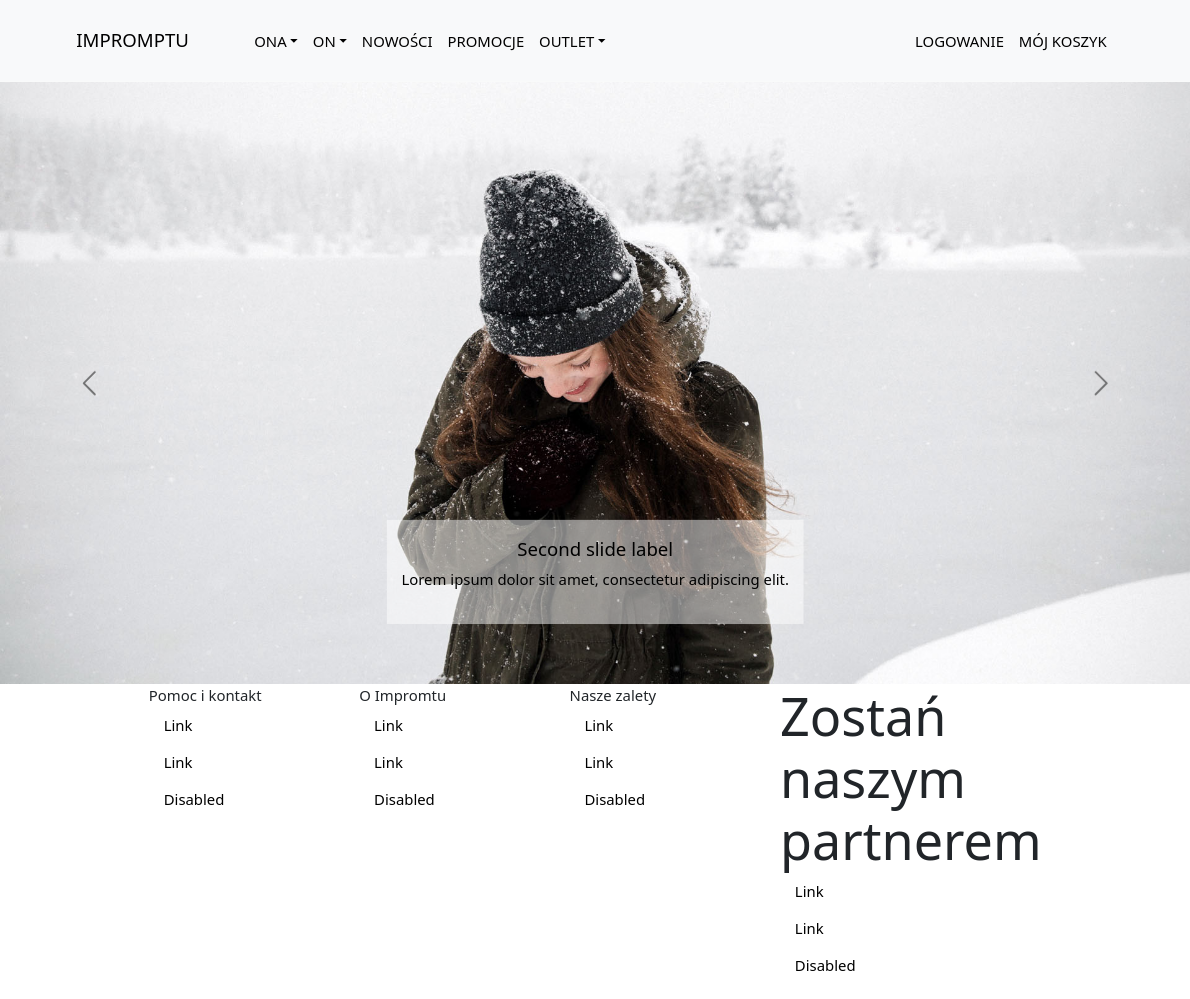
Repository: michalgornicki/Impromptu
Page: /
An editor plug-in stored every save of this project. The page is shown before and after the next save, followed by the edit.
The browser window is 1280 px wide. The pictures show the whole page, at 93% of full size.
The project was rebuilt for these pictures with package versions that can differ from the ones it lists, and the page was loaded fresh each time.

Above is the page before, as saved 2021-12-23 13:37:41.

### src/App.jsx
import React from "react";
import "./App.css";
import "bootstrap/dist/css/bootstrap.min.css";
import Container from "react-bootstrap/Container";
import Navbar from "react-bootstrap/Navbar";
import Nav from "react-bootstrap/Nav";
import NavDropdown from "react-bootstrap/NavDropdown";
import Carousel from "react-bootstrap/Carousel";
import Row from "react-bootstrap/Row";
import Col from "react-bootstrap/Col";
import photo1 from "./1.jpg";
import photo2 from "./2.jpg";
import photo3 from "./3.jpg";
import photo4 from "./4.jpg";
import photo5 from "./5.jpg";

function App() {
  return (
    <p>
      <Navbar
        collapseOnSelect
        expand="lg"
        bg="light"
        variant="light"
        className="py-4 display-7 text-dark"
      >
        <Container>
          <Navbar.Brand href="#home" className="w-15">IMPROMPTU</Navbar.Brand>
          <Navbar.Toggle aria-controls="responsive-navbar-nav" />
          <Navbar.Collapse id="responsive-navbar-nav">
            <Nav className="me-auto">
              <NavDropdown title="ONA" id="collasible-nav-dropdown">
                <NavDropdown.Item href="#action/3.1">Action</NavDropdown.Item>
                <NavDropdown.Item href="#action/3.2">
                  Another action
                </NavDropdown.Item>
                <NavDropdown.Item href="#action/3.3">
                  Something
                </NavDropdown.Item>
                <NavDropdown.Divider />
                <NavDropdown.Item href="#action/3.4">
                  Separated link
                </NavDropdown.Item>
              </NavDropdown>
              <NavDropdown title="ON" id="collasible-nav-dropdown">
                <NavDropdown.Item href="#action/3.1">Action</NavDropdown.Item>
                <NavDropdown.Item href="#action/3.2">
                  Another action
                </NavDropdown.Item>
                <NavDropdown.Item href="#action/3.3">
                  Something
                </NavDropdown.Item>
                <NavDropdown.Divider />
                <NavDropdown.Item href="#action/3.4">
                  Separated link
                </NavDropdown.Item>
              </NavDropdown>
              <Nav.Link href="#pricing">NOWOŚCI</Nav.Link>
              <Nav.Link href="#pricing">PROMOCJE</Nav.Link>
              <NavDropdown title="OUTLET" id="collasible-nav-dropdown">
                <div className="flex flex-column">
                  <div className="container">
                <NavDropdown.Item href="#action/3.1">Action</NavDropdown.Item>
                <NavDropdown.Item href="#action/3.2">
                  Another action
                </NavDropdown.Item>
                <NavDropdown.Item href="#action/3.3">
                  Something
                </NavDropdown.Item>
                <NavDropdown.Divider />
                <NavDropdown.Item href="#action/3.4">
                  Separated link
                </NavDropdown.Item>
                </div>
                <div className="container">
                <NavDropdown.Item href="#action/3.1">Action</NavDropdown.Item>
                <NavDropdown.Item href="#action/3.2">
                  Another action
                </NavDropdown.Item>
                <NavDropdown.Item href="#action/3.3">
                  Something
                </NavDropdown.Item>
                <NavDropdown.Divider />
                <NavDropdown.Item href="#action/3.4">
                  Separated link
                </NavDropdown.Item>
                </div>
                </div>
              </NavDropdown>
            </Nav>
            <Nav>
              <Nav.Link href="#deets">LOGOWANIE</Nav.Link>
              <Nav.Link href="#memes">MÓJ KOSZYK</Nav.Link>
            </Nav>
          </Navbar.Collapse>
        </Container>
      </Navbar>

      <Carousel variant="dark" indicators={false}>
  <Carousel.Item>
    <img
      className="d-block w-100"
      src={photo1}
      alt="First slide"
    />
    <Carousel.Caption>
      <h5>First slide label</h5>
      <p>Nulla vitae elit libero, a pharetra augue mollis interdum.</p>
    </Carousel.Caption>
  </Carousel.Item>
  <Carousel.Item>
    <img
      className="d-block w-100"
      src={photo2}
      alt="Second slide"
    />
    <Carousel.Caption>
      <h5>Second slide label</h5>
      <p>Lorem ipsum dolor sit amet, consectetur adipiscing elit.</p>
    </Carousel.Caption>
  </Carousel.Item>
  <Carousel.Item>
    <img
      className="d-block w-100"
      src={photo3}
      alt="Third slide"
    />
    <Carousel.Caption>
      <h5>Third slide label</h5>
      <p>Praesent commodo cursus magna, vel scelerisque nisl consectetur.</p>
    </Carousel.Caption>
  </Carousel.Item>
  <Carousel.Item>
    <img
      className="d-block w-100"
      src={photo4}
      alt="Third slide"
    />
    <Carousel.Caption>
      <h5>Third slide label</h5>
      <p>Praesent commodo cursus magna, vel scelerisque nisl consectetur.</p>
    </Carousel.Caption>
  </Carousel.Item>
  <Carousel.Item>
    <img
      className="d-block w-100"
      src={photo5}
      alt="Third slide"
    />
    <Carousel.Caption>
      <h5>Third slide label</h5>
      <p>Praesent commodo cursus magna, vel scelerisque nisl consectetur.</p>
    </Carousel.Caption>
  </Carousel.Item>
</Carousel>


<Nav
  activeKey="/home"
  className="w-75 m-auto"
>
  <Row>
  <Col>
  <div>
    Pomoc i kontakt
  </div>
  <Nav.Item>
    <Nav.Link eventKey="link-1">Link</Nav.Link>
  </Nav.Item>
  <Nav.Item>
    <Nav.Link eventKey="link-2">Link</Nav.Link>
  </Nav.Item>
  <Nav.Item>
    <Nav.Link eventKey="disabled" disabled>
      Disabled
    </Nav.Link>
  </Nav.Item>
  </Col>
  <Col>
  <div>
    O Impromtu
  </div>
  <Nav.Item>
    <Nav.Link eventKey="link-1">Link</Nav.Link>
  </Nav.Item>
  <Nav.Item>
    <Nav.Link eventKey="link-2">Link</Nav.Link>
  </Nav.Item>
  <Nav.Item>
    <Nav.Link eventKey="disabled" disabled>
      Disabled
    </Nav.Link>
  </Nav.Item>
  </Col>
  <Col>
  <div>
    Nasze zalety
  </div>
  <Nav.Item>
    <Nav.Link eventKey="link-1">Link</Nav.Link>
  </Nav.Item>
  <Nav.Item>
    <Nav.Link eventKey="link-2">Link</Nav.Link>
  </Nav.Item>
  <Nav.Item>
    <Nav.Link eventKey="disabled" disabled>
      Disabled
    </Nav.Link>
  </Nav.Item>
  </Col>
  <Col>
  <div className="display-4">
    Zostań naszym partnerem
  </div>
  <Nav.Item>
    <Nav.Link eventKey="link-1">Link</Nav.Link>
  </Nav.Item>
  <Nav.Item>
    <Nav.Link eventKey="link-2">Link</Nav.Link>
  </Nav.Item>
  <Nav.Item>
    <Nav.Link eventKey="disabled" disabled>
      Disabled
    </Nav.Link>
  </Nav.Item>
  </Col>
  </Row>
</Nav>


    </p>
  );
}

export default App;

### src/App.css
.w-15{
    width: 15%!important;
}

.display-6{
    font-size: 1.5rem;
}

.display-7{
    font-size: 1rem;
}

.nav-link {
    color: black!important;
}

.carousel img {
    height: 90vh;
    object-fit: cover;
}

.carousel-caption{
    background-color: rgba(255, 255, 255, 0.5);
    bottom: 10%!important;
    width: 35%;
    margin: auto;
}

Loaded but not shown: public/index.html (common file); src/index.js (common file); src/index.css (common file); src/reportWebVitals.js (common file)

After the next save:
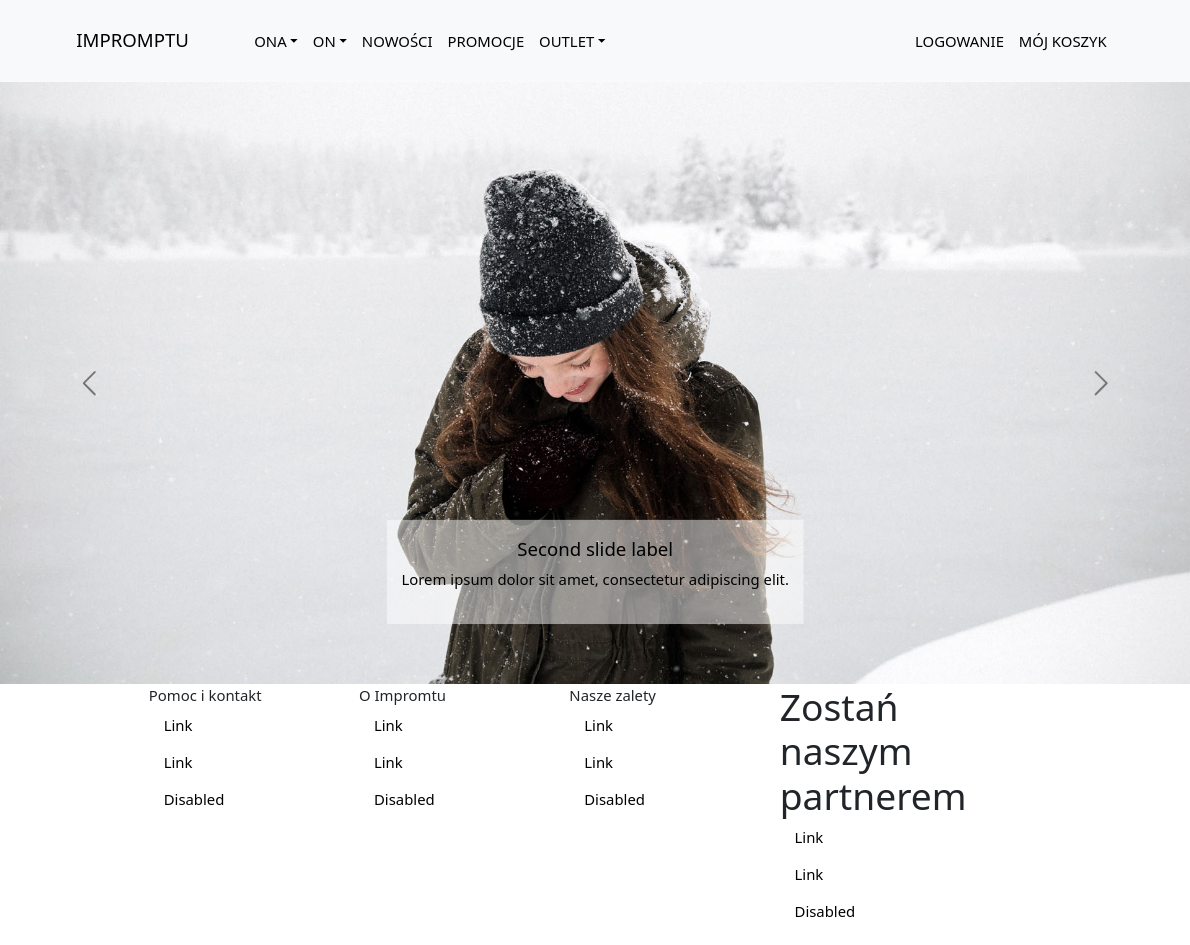
Saved 3 s later.
--- a/src/App.jsx
+++ b/src/App.jsx
@@ -209,7 +209,7 @@ function App() {
   </Nav.Item>
   </Col>
   <Col>
-  <div className="display-4">
+  <div className="display-6">
     Zostań naszym partnerem
   </div>
   <Nav.Item>
